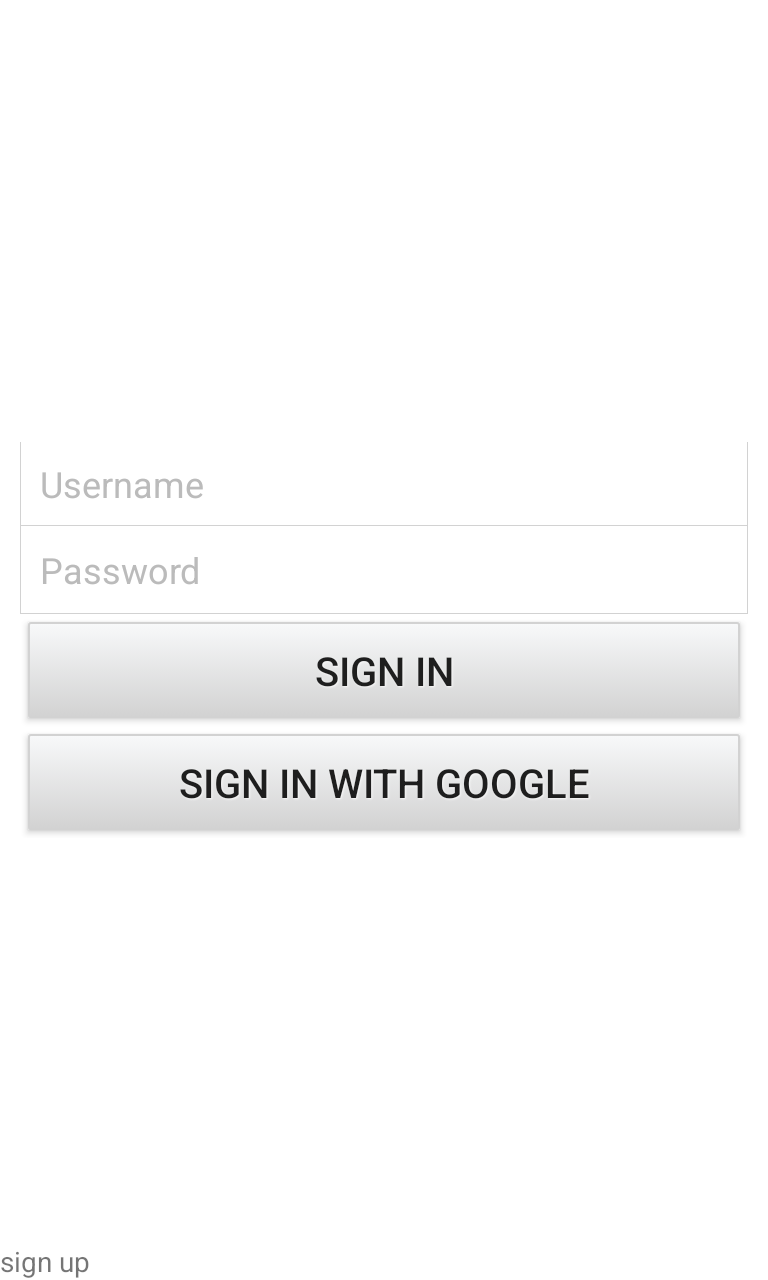
Repository: Jaaga/mooc-tracker
Layout: android/MOOCTracker/res/layout/login_screen.xml
The author's editor kept a copy of each file at every save. The layout is drawn from the files as they stood at one save, then again after the next save.
It is drawn on a 768 x 1280 px phone screen (xhdpi) without system bars, with theme AppTheme; the app's code is not run.

Above is the layout before, as saved 2014-05-22 18:24:33.

### android/MOOCTracker/res/layout/login_screen.xml
<?xml version="1.0" encoding="utf-8"?>
<RelativeLayout xmlns:android="http://schemas.android.com/apk/res/android"
    android:layout_width="match_parent"
    android:layout_height="match_parent"
    android:orientation="vertical"

    android:background="#ffffff"
    >

   <LinearLayout

       android:orientation="vertical"
       android:layout_width="match_parent"
       android:layout_height="wrap_content"
       android:layout_centerInParent="true"
       android:padding="10dp"
       >

          <EditText
             android:id="@+id/etUserName"
             android:layout_width="match_parent"
             android:layout_height="wrap_content"
             android:background="@drawable/edittext_default_bg"
             android:layout_marginTop="-2dp"
             android:padding="10dp"
             android:hint="@string/usernameHint"
             android:textColorHint="#bbbbbb"
            >
            </EditText>
            <!--  android:drawableLeft="@drawable/user"/ -->

          <EditText
             android:id="@+id/etPass"
             android:layout_width="match_parent"
             android:layout_height="wrap_content"
             android:background="@drawable/edittext_bottom_bg"
             android:layout_marginTop="-2dp"
             android:padding="10dp"
             android:hint="@string/passwordHint"
             android:textColorHint="#bbbbbb"
             android:inputType="textPostalAddress"
             >
            </EditText>

          <!--     android:drawableLeft="@drawable/password"/ -->


           <Button
             android:id="@+id/btnSignIn"
             android:layout_width="match_parent"
             android:layout_height="wrap_content"
             android:padding="10dp"
             android:layout_margin="4dp"
             android:text="@string/signInHint"
             style="@style/DefaultButtonText"
             android:background="@drawable/button_default_bg" />

           <Button
             android:id="@+id/btnGplus"
             android:layout_width="match_parent"
             android:layout_height="wrap_content"
             android:padding="10dp"
             android:layout_margin="4dp"
             style="@style/DefaultButtonText"
             android:text="@string/googleplus"
             android:background="@drawable/button_default_bg"
           />
   </LinearLayout>

     <TextView
               android:id="@+id/toSignup"
               android:layout_width="wrap_content"
               android:layout_height="wrap_content"
               android:layout_alignParentBottom="true"
               android:layout_centerHorizontal="center"
               android:text="sign up"
               />



</RelativeLayout>

### android/MOOCTracker/res/drawable-hdpi/edittext_default_bg.xml
<?xml version="1.0" encoding="utf-8"?>
<shape xmlns:android="http://schemas.android.com/apk/res/android"

    android:shape="rectangle" android:padding="10dp">
     <solid android:color="#FFFFFF"/>
     <stroke
        android:width="0.5dp"
        android:color="#d2d2d2" />
</shape>

### android/MOOCTracker/res/values/strings.xml
<?xml version="1.0" encoding="utf-8"?>
<resources>

    <string name="hello">Hello World, AndroidJSONParsingActivity!</string>
    <string name="app_name">Jaaga MOOC-Tracker</string>
    <string name="btRefresh">Refresh</string>
    <string name="loginButton">Login</string>
    <string name="signupButton">Sign Up</string>
    <string name="emailHint">Email</string>
    <string name="usernameHint">Username</string>
    <string name="passwordHint">Password</string>
    <string name="signUpHint">Sign Up</string>
    <string name="signInHint">Sign In</string>
    <string name="action_settings"></string>
    <string name="googleplus">Sign In with Google</string>

    <style name="DefaultButtonText">
       <item name="android:layout_width">fill_parent</item>
        <item name="android:layout_height">wrap_content</item>
        <item name="android:textColor">#1e1e1e</item>
        <item name="android:gravity">center</item>
        <item name="android:layout_margin">3dp</item>
        <item name="android:textStyle">normal</item>
        <item name="android:textSize">20sp</item>
        <item name="android:shadowColor">#f9f9f9</item>
        <item name="android:shadowDx">1</item>
        <item name="android:shadowDy">1</item>
        <item name="android:shadowRadius">1</item>
    </style>

</resources>

### android/MOOCTracker/res/drawable-hdpi/edittext_bottom_bg.xml
<?xml version="1.0" encoding="utf-8"?>
<shape xmlns:android="http://schemas.android.com/apk/res/android"

    android:shape="rectangle" android:padding="10dp">
     <solid android:color="#FFFFFF"/>
     <stroke
        android:width="0.5dp"
        android:color="#d2d2d2" />
</shape>

### android/MOOCTracker/res/drawable-hdpi/button_default_bg.xml
<?xml version="1.0" encoding="utf-8"?>
<selector xmlns:android="http://schemas.android.com/apk/res/android" >

      <item  android:state_pressed="true" >
        <shape>
            <solid
                android:color="#f8f9fa" />
            <stroke
                android:width="1dp"
                android:color="#d2d2d2" />
            <corners
                android:radius="1dp" />

        </shape>
    </item>
    <item>
        <shape>
            <gradient
                android:startColor="#f8f9fa"
                android:endColor="#d2d2d2"
                android:angle="270" />
            <stroke
                android:width="1dp"
                android:color="#d2d2d2" />
            <corners
                android:radius="1dp" />

        </shape>
    </item>

</selector>

Loaded but not shown: android/MOOCTracker/res/values/styles.xml (common file); android/MOOCTracker/res/values-v11/styles.xml (common file); android/MOOCTracker/res/values-v14/styles.xml (common file)

After the next save:
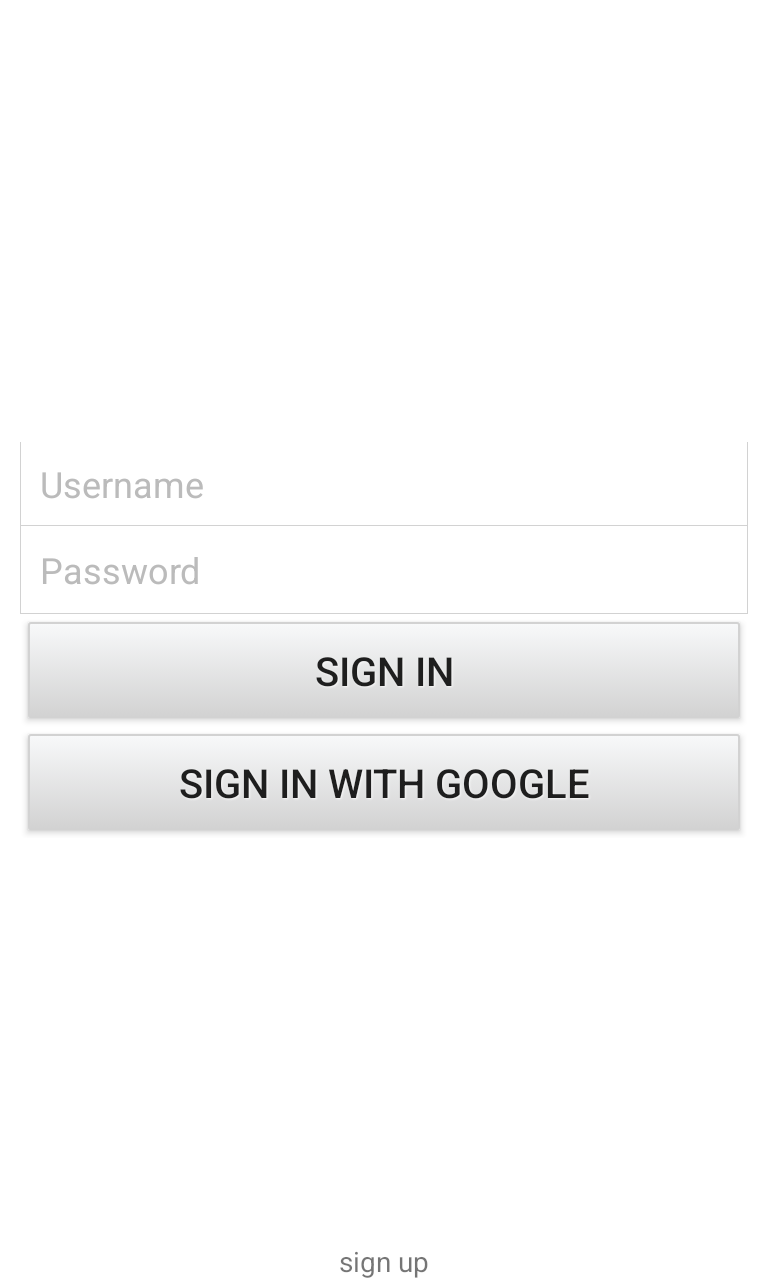
Saved 8 s later.
--- a/android/MOOCTracker/res/layout/login_screen.xml
+++ b/android/MOOCTracker/res/layout/login_screen.xml
@@ -72,7 +72,7 @@
                android:layout_width="wrap_content"
                android:layout_height="wrap_content"
                android:layout_alignParentBottom="true"
-               android:layout_centerHorizontal="center"
+               android:layout_centerHorizontal="true"
                android:text="sign up"
                />
 
